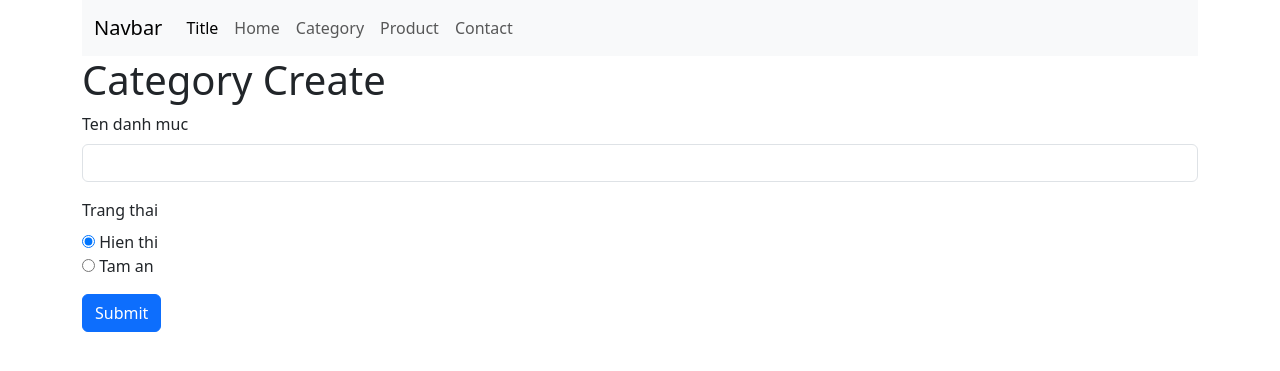
Repository: ndmq03102002/crud_laravel
Page: resources/views/admin/product/create.blade.php
An editor plug-in stored every save of this project. The page is shown before and after the next save, followed by the edit.
The browser window is 1280 px wide. The pictures show the whole page.
The page is served by the project's Laravel application, run on PHP 8.4 with Laravel 10. Other server files are loaded and not shown. The template is opened directly, without the code that normally fills it, so the values that code supplies are empty.

Above is the page before, as saved 2024-07-12 11:38:44.

### routes/web.php
<?php

use App\Http\Controllers\HomeController;
use App\Http\Controllers\AdminController;
use Illuminate\Support\Facades\Route;
use App\Http\Controllers\ProductController;
use App\Http\Controllers\CategoryController;
/*
|--------------------------------------------------------------------------
| Web Routes
|--------------------------------------------------------------------------
|
| Here is where you can register web routes for your application. These
| routes are loaded by the RouteServiceProvider and all of them will
| be assigned to the "web" middleware group. Make something great!
|
*/

Route::group(['prefix' => ''], function () {
    Route::get('/', [HomeController::class, 'index'])->name('home.index');
});

Route::get('/admin/login', [AdminController::class, 'login'])->name('admin.login');
Route::post('/admin/login', [AdminController::class, 'Checklogin']);
Route::get('/admin/register', [AdminController::class, 'register'])->name('admin.register');
Route::post('/admin/register', [AdminController::class, 'Checkregister']);


Route::group(['prefix' => 'admin', 'middleware'=>'auth'], function () {
    Route::get('/', [AdminController::class, 'index'])->name('admin.index');
    Route::resources([
        'product' => ProductController::class,
        'category' => CategoryController::class,
    ]);
});

### resources/views/admin/product/create.blade.php
@extends('admin.admin')

@section('main')

<h1>Category Create</h1>

<form action="{{route('category.store')}}" method = 'post' role="form">
    @csrf
    <div class="mb-3">
      <label for="exampleInputEmail1" class="form-label">Ten danh muc</label>
      <input type="text" class="form-control" name='name' id="exampleInputEmail1" aria-describedby="emailHelp">

    </div>
    <div class="mb-3">
      <label for="exampleInputPassword1" class="form-label">Trang thai</label>
      <div class="radio">
        <label for="">
            <input type="radio" name="status" value="1" checked>
            Hien thi
        </label>
      </div>
      <div class="radio">
        <label for="">
            <input type="radio" name="status" value="0" >
            Tam an
        </label>
      </div>
    </div>

    <button type="submit" class="btn btn-primary">Submit</button>
  </form>



@endsection

### resources/views/admin/admin.blade.php
<!doctype html>
<html lang="en">
    <head>
        <title>Title</title>
        <!-- Required meta tags -->
        <meta charset="utf-8" />
        <meta
            name="viewport"
            content="width=device-width, initial-scale=1, shrink-to-fit=no"
        />

        <!-- Bootstrap CSS v5.2.1 -->
        <link
            href="https://cdn.jsdelivr.net/npm/bootstrap@5.3.2/dist/css/bootstrap.min.css"
            rel="stylesheet"
            integrity="sha384-T3c6CoIi6uLrA9TneNEoa7RxnatzjcDSCmG1MXxSR1GAsXEV/Dwwykc2MPK8M2HN"
            crossorigin="anonymous"
        />
    </head>

    <body>

        <div
            class="container"
        >
        <nav class="navbar navbar-expand-lg bg-body-tertiary">
            <div class="container-fluid">
              <a class="navbar-brand" href="#">Navbar</a>
              <button class="navbar-toggler" type="button" data-bs-toggle="collapse" data-bs-target="#navbarNav" aria-controls="navbarNav" aria-expanded="false" aria-label="Toggle navigation">
                <span class="navbar-toggler-icon"></span>
              </button>
              <div class="collapse navbar-collapse" id="navbarNav">
                <ul class="navbar-nav">
                  <li class="nav-item">
                    <a class="nav-link active" aria-current="page" href="#">Title</a>
                  </li>
                  <li class="nav-item">
                    <a class="nav-link" href="{{route('admin.index')}}">Home</a>
                  </li>
                  <li class="nav-item">
                    <a class="nav-link" href="{{route('category.index')}}">Category</a>
                  </li>
                  <li class="nav-item">
                    <a class="nav-link" href="{{route('product.index')}}">Product</a>
                  </li>
                    <li class="nav-item">
                        <a class="nav-link" href="#">Contact</a>
                    </li>
                </ul>
              </div>
            </div>
          </nav>

        </div>

        <div
            class="container"
        >
            @yield('main')
        </div>





        <script
            src="https://cdn.jsdelivr.net/npm/@popperjs/core@2.11.8/dist/umd/popper.min.js"
            integrity="sha384-I7E8VVD/ismYTF4hNIPjVp/Zjvgyol6VFvRkX/vR+Vc4jQkC+hVqc2pM8ODewa9r"
            crossorigin="anonymous"
        ></script>

        <script
            src="https://cdn.jsdelivr.net/npm/bootstrap@5.3.2/dist/js/bootstrap.min.js"
            integrity="sha384-BBtl+eGJRgqQAUMxJ7pMwbEyER4l1g+O15P+16Ep7Q9Q+zqX6gSbd85u4mG4QzX+"
            crossorigin="anonymous"
        ></script>
    </body>
</html>

After the next save:
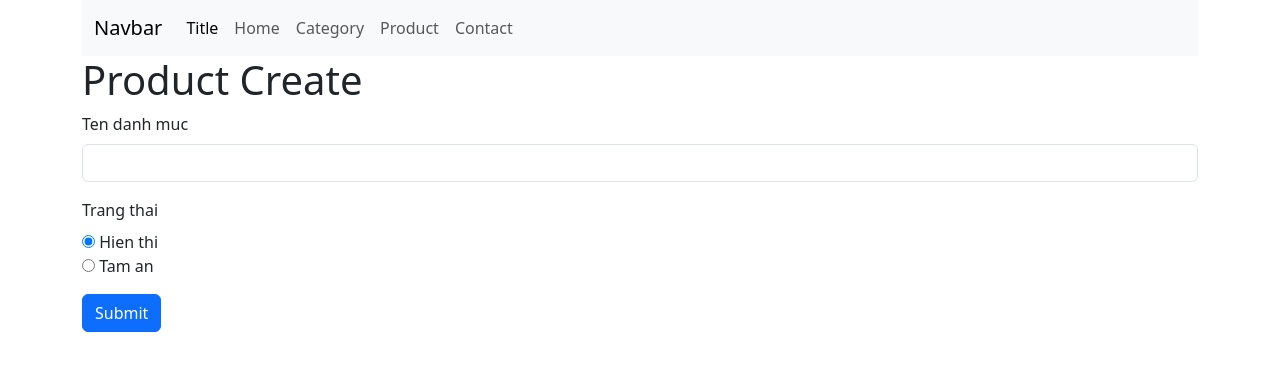
Saved 8 s later.
--- a/resources/views/admin/product/create.blade.php
+++ b/resources/views/admin/product/create.blade.php
@@ -2,7 +2,7 @@
 
 @section('main')
 
-<h1>Category Create</h1>
+<h1>Product Create</h1>
 
 <form action="{{route('category.store')}}" method = 'post' role="form">
     @csrf
